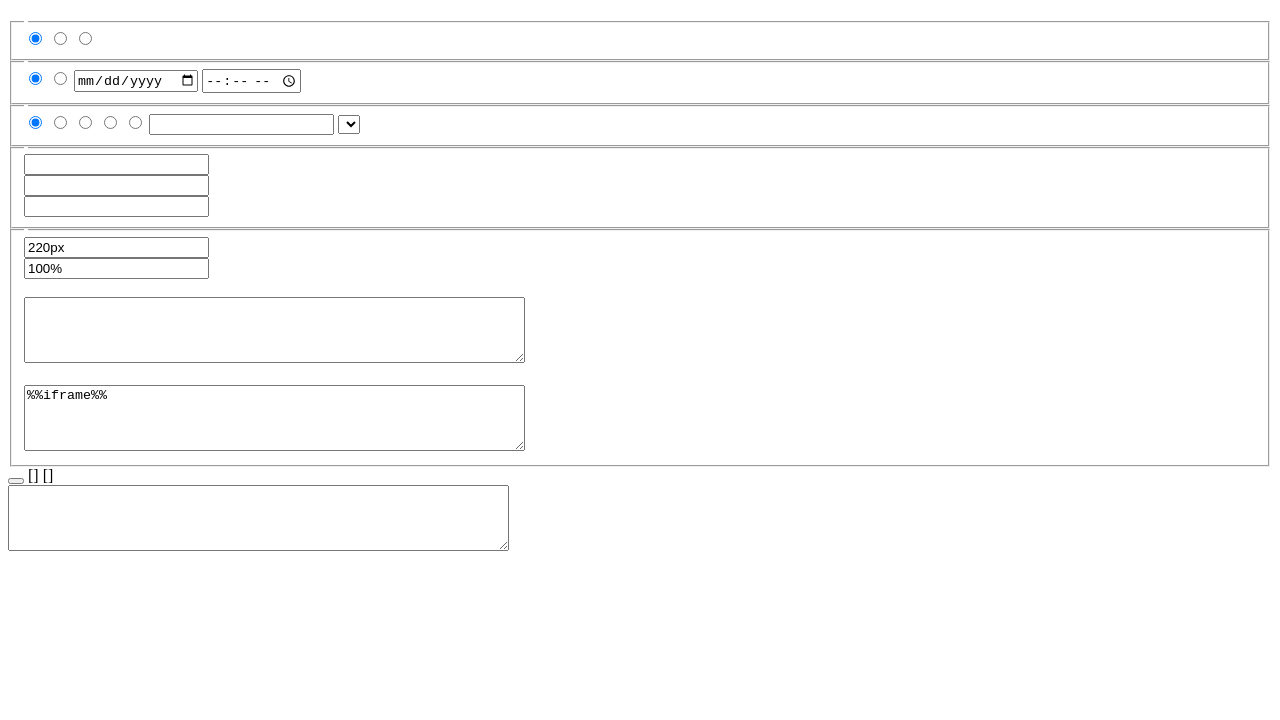
Repository: cirisus/ArknighTimer
Page: timer-selector.html
These files come from the project's save history. The page is drawn as it stood at one moment and after the next save; the edit follows.
The browser window is 1280 px wide. The pictures show the whole page.
Some web fonts or font styles are not loaded; a fallback is used.

Above is the page before, as saved 2024-03-10 15:47:02.
Not found: ArknighTimer/timer-selector.css
Not found: ArknighTimer/timer-selector.js

After the next save:
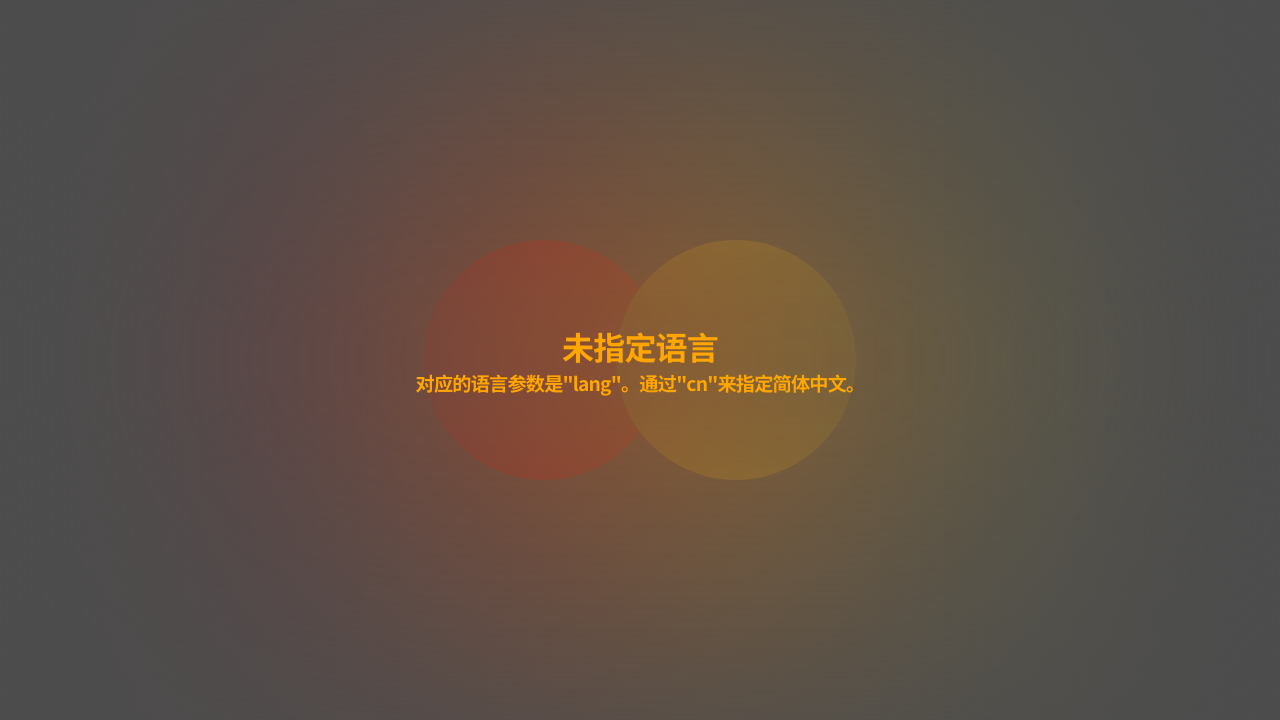
Saved 59 s later.
--- a/timer-selector.html
+++ b/timer-selector.html
@@ -4,8 +4,8 @@
     <meta charset="UTF-8">
     <meta name="description" content="明日方舟同人中文站计时器">
     <meta name="keywords" content="arknights,wiki,timer,selector,generator">
-    <link rel="stylesheet" href="/ArknighTimer/timer-selector.css">
-    <script src="/ArknighTimer/timer-selector.js"></script>
+    <link rel="stylesheet" href="timer-selector.css">
+    <script src="timer-selector.js"></script>
     <title>计时器生成工具</title>
   </head>
 
